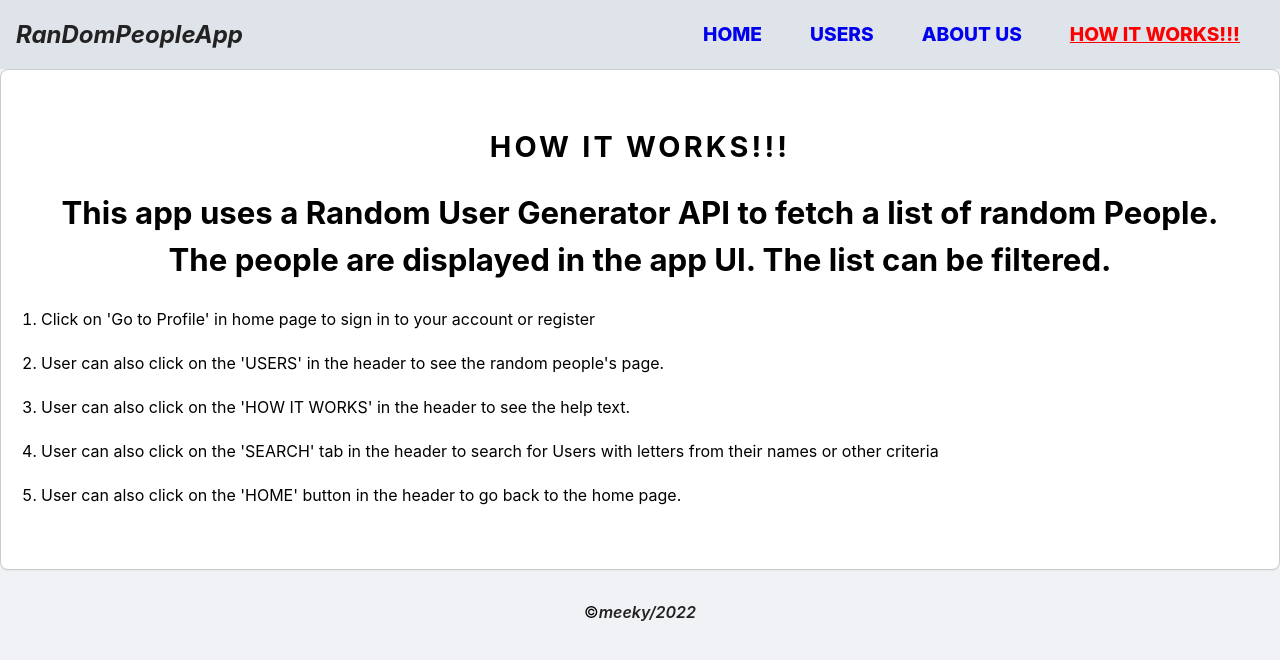
Repository: MikkyPrestige/RandomProfiles
Page: /help
These files come from the project's save history. The page is drawn as it stood at one moment and after the next save; the edit follows.
The browser window is 1280 px wide. The pictures show the whole page.
The project was rebuilt for these pictures with package versions that can differ from the ones it lists, and the page was loaded fresh each time. Some packages were replaced by stand-ins written for this rebuild. Also part of the build but not shown: src/assets/styles/home.css, src/components/home.jsx, src/components/users.jsx, src/assets/styles/search.css, src/components/search.jsx, src/assets/styles/about.css, src/components/about.jsx, src/assets/styles/error.css and 5 more.

Above is the page before, as saved 2022-11-30 19:34:56.

After the next save:
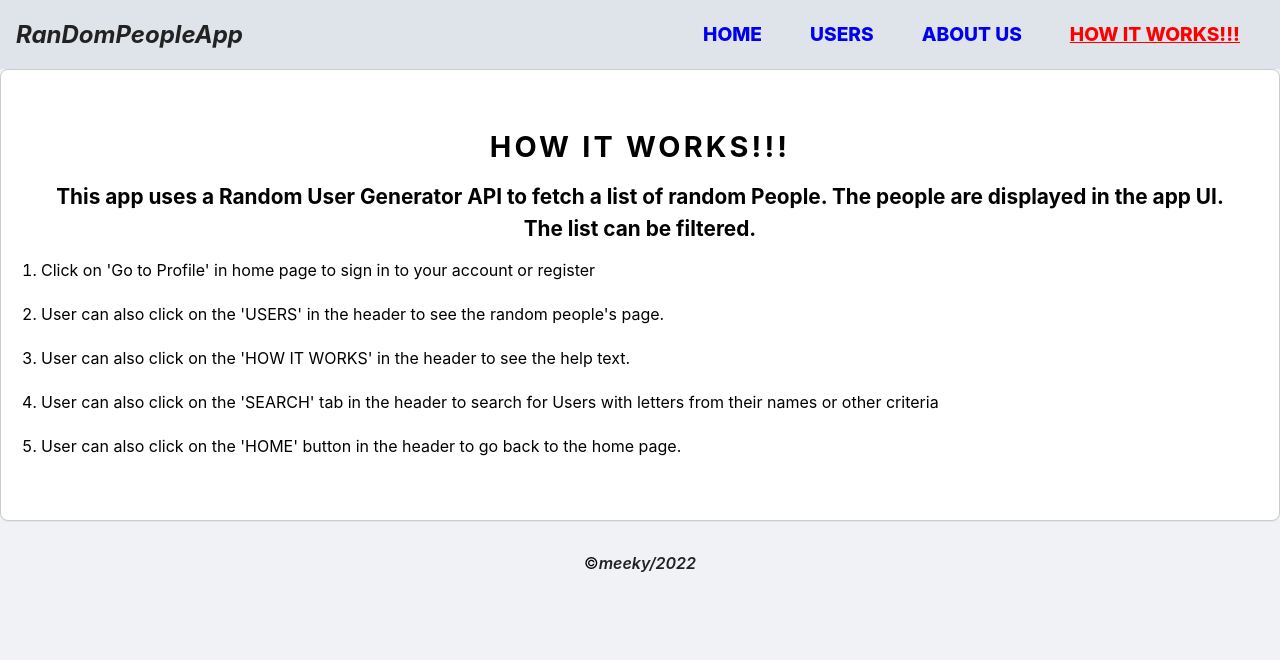
Saved 17 s later.
--- a/src/components/help.jsx
+++ b/src/components/help.jsx
@@ -8,8 +8,8 @@ const Help = () => {
   <div className="help">
    <h1 className="help__heading">HOW IT WORKS!!!</h1>
    <ul className="help__list">
-    <div className="help__text">
-      <h2>This app uses a Random User Generator API to fetch a list of random People. The people are displayed in the app UI. The list can be filtered.</h2>
+    <div>
+      <h2 className="help__text">This app uses a Random User Generator API to fetch a list of random People. The people are displayed in the app UI. The list can be filtered.</h2>
     </div>
     <li className="help__item">Click on 'Go to Profile' in home page to sign in to your account or register</li>
     <li className="help__item">User can also click on the 'USERS' in the header to see the random people's page.</li>
